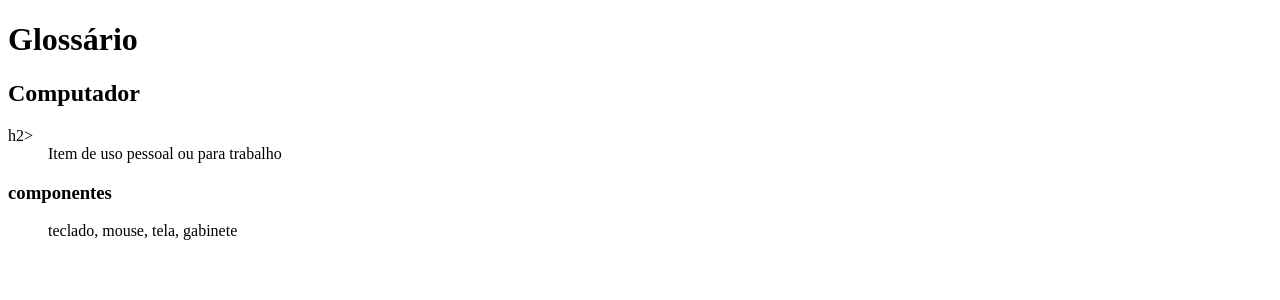
Repository: RenatoCCS/Mais1Code
Page: Rocketseat/Fundamentar/01 - O guia estelar de HTML/Desafios/1_Glossario/glossary.html
These files come from the project's save history. The page is drawn as it stood at one moment and after the next save; the edit follows.
The browser window is 1280 px wide. The pictures show the whole page.

Above is the page before, as saved 2022-04-18 20:33:54.

### Rocketseat/Fundamentar/01 - O guia estelar de HTML/Desafios/1_Glossario/glossary.html
<!DOCTYPE html>
<html lang="pt-br">
<head>
    <meta charset="UTF-8">
    <meta http-equiv="X-UA-Compatible" content="IE=edge">
    <meta name="viewport" content="width=device-width, initial-scale=1.0">
    <title>Glossário</title>
</head>
<body>

    <h1>Glossário</h1>
<dl>
    <h2><dt>Computador</dt></dl>h2>
    <dd>Item de uso pessoal ou para trabalho</dd>

    <h3><dt>componentes</dt></h3>
    <dd>teclado, mouse, tela, gabinete</dd>
</dl>



</body>
</html>

After the next save:
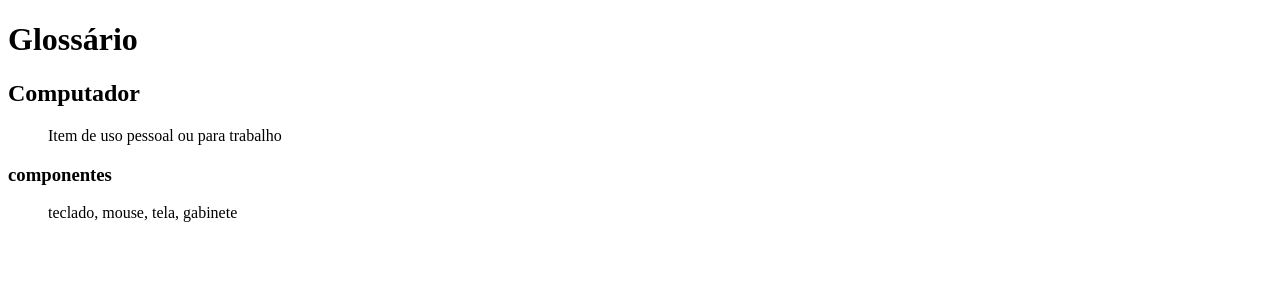
Saved 5 s later.
--- a/Rocketseat/Fundamentar/01 - O guia estelar de HTML/Desafios/1_Glossario/glossary.html
+++ b/Rocketseat/Fundamentar/01 - O guia estelar de HTML/Desafios/1_Glossario/glossary.html
@@ -10,7 +10,7 @@
 
     <h1>Glossário</h1>
 <dl>
-    <h2><dt>Computador</dt></dl>h2>
+    <h2><dt>Computador</dt></h2>
     <dd>Item de uso pessoal ou para trabalho</dd>
 
     <h3><dt>componentes</dt></h3>
